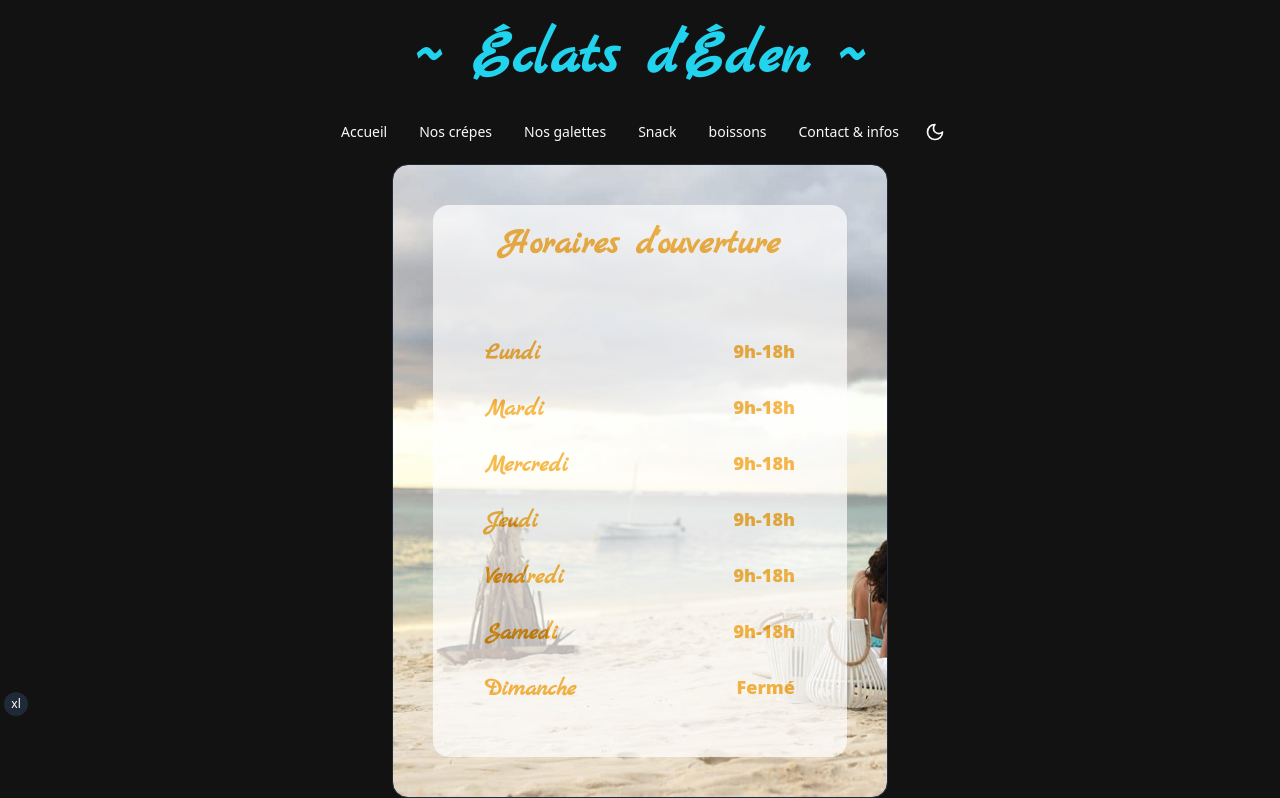
Repository: jeffMauritius/eclats-deden
Page: /schedule
The author's editor kept a copy of each file at every save. The page is drawn from the files as they stood at one save, then again after the next save.
The browser window is 1280 px wide. The pictures show the whole page.
The project was rebuilt for these pictures with package versions that can differ from the ones it lists, and the page was loaded fresh each time. The framework's server and built-in components were replaced by stand-ins that run in the browser. Also part of the build but not shown: next.config.mjs.

Above is the page before, as saved 2024-08-13 07:46:04.

### app/layout.tsx
// app/layout.
import { Header } from "@/components/layout/Header"
import { TailwindIndicator } from "@/components/TailwindIndicator"
import { SiteConfig } from "@/lib/config"
import { cn } from "@/lib/utils"
import type { Metadata } from "next"
import { Inter, Marck_Script } from "next/font/google"
import { PropsWithChildren } from "react"
import { Providers } from "./Providers"
import "./globals.css"
import { Title } from "@/components/layout/Title"

const fontSans = Inter({ subsets: ["latin"], variable: "--font-sans" })
const fontDisplay = Marck_Script({
  subsets: ["latin"],
  variable: "--font-display",
  weight: "400",
})

export const metadata: Metadata = {
  title: SiteConfig.title,
  description: SiteConfig.description,
}

export default function RootLayout({ children }: PropsWithChildren) {
  return (
    <html lang="en" className="h-full" suppressHydrationWarning>
      <head />
      <body
        className={cn(
          `flex flex-col h-screen bg-background font-sans antialiased p-5`,
          fontSans.variable,
          fontDisplay.variable,
        )}
      >
        <Providers>
          <div className="relative flex flex-col">
            <Title title="Éclats d'Éden" />
            <div>
              <Header />
            </div>
            {children}
          </div>
          <TailwindIndicator />
        </Providers>
      </body>
    </html>
  )
}

### app/schedule/page.tsx
import NavigationMenuMobileComponent from "@/components/layout/NavigationMenuMobile"

const SchedulePage = () => {
  return (
    <div>
      <NavigationMenuMobileComponent />
      <div className="flex justify-center">
        <div className="absolute m-auto  rounded-2xl border bg-[url('/plage2.jpg')] bg-cover md:w-2/5 ">
          <div className="relative imageUrl={`bg-[url('/riz.jpeg')] bg-cover`}">
            <div className="m-10 h-full rounded-2xl  bg-white opacity-70 ">
              <h1 className="p-5 text-center font-display text-4xl font-bold text-amber-500">
                Horaires d'ouverture
              </h1>

              <div>
                <div className="rounded  p-10 font-extrabold text-amber-500">
                  <div className="flex justify-between p-3  font-display text-2xl ">
                    <div>Lundi</div>
                    <div className="font-body text-lg">9h-18h</div>
                  </div>
                  <div className="flex justify-between  p-3  font-display text-2xl ">
                    <div>Mardi</div>
                    <div className="font-body text-lg">9h-18h</div>
                  </div>
                  <div className="flex justify-between  p-3  font-display text-2xl ">
                    <div>Mercredi</div>
                    <div className="font-body text-lg">9h-18h</div>
                  </div>
                  <div className="flex justify-between  p-3  font-display text-2xl ">
                    <div>Jeudi</div>
                    <div className="font-body text-lg">9h-18h</div>
                  </div>
                  <div className="flex justify-between  p-3  font-display text-2xl ">
                    <div>Vendredi</div>
                    <div className="font-body text-lg">9h-18h</div>
                  </div>
                  <div className="flex justify-between  p-3  font-display text-2xl ">
                    <div>Samedi</div>
                    <div className="font-body text-lg">9h-18h</div>
                  </div>
                  <div className="flex justify-between  p-3  font-display text-2xl ">
                    <div>Dimanche</div>
                    <div className="font-body text-lg">Fermé</div>
                  </div>
                </div>
              </div>
            </div>
          </div>
        </div>
      </div>
    </div>
  )
}

export default SchedulePage

### src/components/layout/Header.tsx
"use client"

import { ThemeToggle } from "../ThemeToggle"
import NavigationMenuComponent from "./NavigationMenu"

export function Header() {
  return (
    <header className=" z-30 w-full">
      <div className=" container flex  flex-col  items-center space-x-4 pt-3 sm:justify-between sm:space-x-0">
        <div className="flex flex-auto justify-center py-3">
          <NavigationMenuComponent />
          <ThemeToggle />
        </div>
      </div>
    </header>
  )
}

### src/lib/config.ts
export const SiteConfig = {
  title: "Camille snack",
  description: "La Cuvette Beach, Grand Baie, Île Maurice",
} as const

### app/Providers.tsx
"use client"

import { SessionProvider } from "next-auth/react"
import { ThemeProvider } from "next-themes"
import { PropsWithChildren } from "react"
import { Toaster } from "react-hot-toast"

export const Providers = ({ children }: PropsWithChildren) => {
  return (
    <>
      <ThemeProvider attribute="class" defaultTheme="dark" enableSystem>
        <Toaster />
        <SessionProvider>{children}</SessionProvider>
      </ThemeProvider>
    </>
  )
}

### app/globals.css
@tailwind base;
  @tailwind components;
  @tailwind utilities;

  @layer base {
    :root {
      --background: 0 0% 100%;
      --foreground: 222.2 84% 4.9%;

      --card: 0 0% 100%;
      --card-foreground: 222.2 84% 4.9%;

      --popover: 0 0% 100%;
      --popover-foreground: 222.2 84% 4.9%;

      --primary: 222.2 47.4% 11.2%;
      --primary-foreground: 210 40% 98%;

      --secondary: 210 40% 96.1%;
      --secondary-foreground: 222.2 47.4% 11.2%;

      --muted: 210 40% 96.1%;
      --muted-foreground: 215.4 16.3% 46.9%;

      --accent: 210 40% 96.1%;
      --accent-foreground: 222.2 47.4% 11.2%;

      --destructive: 0 84.2% 60.2%;
      --destructive-foreground: 210 40% 98%;

      --border: 214.3 31.8% 91.4%;
      --input: 214.3 31.8% 91.4%;
      --ring: 222.2 84% 4.9%;

      --radius: 0.5rem;
    }

    .dark {
      --background: rgb(10, 11, 10);
      --foreground: 210 40% 98%;

      --card: rgb(10, 11, 10);
      --card-foreground: 210 40% 98%;

      --popover: 222.2 84% 4.9%;
      --popover-foreground: 210 40% 98%;

      --primary: 210 40% 98%;
      --primary-foreground: 222.2 47.4% 11.2%;

      --secondary: 217.2 32.6% 17.5%;
      --secondary-foreground: 210 40% 98%;

      --muted: 217.2 32.6% 17.5%;
      --muted-foreground: 215 20.2% 65.1%;

      --accent: 217.2 32.6% 17.5%;
      --accent-foreground: 210 40% 98%;

      --destructive: 0 62.8% 30.6%;
      --destructive-foreground: 210 40% 98%;

      --border: 217.2 32.6% 17.5%;
      --input: 217.2 32.6% 17.5%;
      --ring: 212.7 26.8% 83.9%;
    }
  }

  @layer base {
    * {
      @apply border-border;
    }
    @font-face {
      font-family: 'Marck Script';
      font-style: normal;
      font-weight: 400;
      font-display: swap;
      src: url(/fonts/MarckScript-Regular.ttf) format('ttf');
    }
    body {
      @apply bg-background text-foreground;
    }
  }

### src/components/layout/Title.tsx
interface TitleProps {
  title: string
}

export function Title({ title }: TitleProps) {
  return (
    <div className="flex flex-auto justify-center ">
      <h1
        className={`pt-2 font-display text-4xl font-bold text-cyan-400 md:text-6xl`}
      >
        {" "}
        {`~ ${title} ~`}
      </h1>
    </div>
  )
}

### src/components/layout/NavigationMenuMobile.tsx
"use client"

import {
  NavigationMenu,
  NavigationMenuLink,
  navigationMenuTriggerStyle,
} from "@/components/ui/navigation-menu"
import { navigationDataMobile } from "./navigationData"
import { useClientMediaQuery } from "@/lib/isMobileDevice"

const NavigationMenuMobileComponent = () => {
  const isMobile = useClientMediaQuery("(max-width: 600px)")
  return (
    <NavigationMenu>
      {isMobile &&
        navigationDataMobile.map((item, index) => (
          <NavigationMenuLink
            className={navigationMenuTriggerStyle()}
            key={index}
            href={item.link}
          >
            {item.title}
          </NavigationMenuLink>
        ))}
    </NavigationMenu>
  )
}

export default NavigationMenuMobileComponent

### src/components/ThemeToggle.tsx
"use client"

import { Button } from "@/components/ui/button"
import { Moon, Sun } from "lucide-react"
import { useTheme } from "next-themes"

export function ThemeToggle() {
  const { setTheme, theme } = useTheme()

  return (
    <Button
      variant="ghost"
      size="icon"
      onClick={() => setTheme(theme === "light" ? "dark" : "light")}
    >
      <Sun className="h-6 w-[1.3rem] dark:hidden" />
      <Moon className="hidden size-5 dark:block" />
      <span className="sr-only">Toggle theme</span>
    </Button>
  )
}

### src/components/layout/NavigationMenu.tsx
"use client"

import {
  NavigationMenu,
  NavigationMenuLink,
  navigationMenuTriggerStyle,
} from "@/components/ui/navigation-menu"
import { navigationData } from "./navigationData"
import { useClientMediaQuery } from "@/lib/isMobileDevice"

const NavigationMenuComponent = () => {
  const isMobile = useClientMediaQuery("(max-width: 600px)")
  return (
    <NavigationMenu>
      {!isMobile &&
        navigationData.map((item, index) => (
          <NavigationMenuLink
            className={navigationMenuTriggerStyle()}
            key={index}
            href={item.link}
          >
            {item.title}
          </NavigationMenuLink>
        ))}
    </NavigationMenu>
  )
}

export default NavigationMenuComponent

### src/components/ui/navigation-menu.tsx
import * as React from "react"
import * as NavigationMenuPrimitive from "@radix-ui/react-navigation-menu"
import { cva } from "class-variance-authority"
import { ChevronDown } from "lucide-react"

import { cn } from "@/lib/utils"

const NavigationMenu = React.forwardRef<
  React.ElementRef<typeof NavigationMenuPrimitive.Root>,
  React.ComponentPropsWithoutRef<typeof NavigationMenuPrimitive.Root>
>(({ className, children, ...props }, ref) => (
  <NavigationMenuPrimitive.Root
    ref={ref}
    className={cn(
      "relative z-10 flex max-w-max flex-1 items-center justify-center",
      className,
    )}
    {...props}
  >
    {children}
    <NavigationMenuViewport />
  </NavigationMenuPrimitive.Root>
))
NavigationMenu.displayName = NavigationMenuPrimitive.Root.displayName

const NavigationMenuList = React.forwardRef<
  React.ElementRef<typeof NavigationMenuPrimitive.List>,
  React.ComponentPropsWithoutRef<typeof NavigationMenuPrimitive.List>
>(({ className, ...props }, ref) => (
  <NavigationMenuPrimitive.List
    ref={ref}
    className={cn(
      "group flex flex-1 list-none items-center justify-center space-x-1",
      className,
    )}
    {...props}
  />
))
NavigationMenuList.displayName = NavigationMenuPrimitive.List.displayName

const NavigationMenuItem = NavigationMenuPrimitive.Item

const navigationMenuTriggerStyle = cva(
  "group inline-flex h-10 w-max items-center justify-center rounded-md bg-background px-4 py-2 text-sm font-medium transition-colors hover:bg-accent hover:text-accent-foreground focus:bg-accent focus:text-accent-foreground focus:outline-none disabled:pointer-events-none disabled:opacity-50 data-[active]:bg-accent/50 data-[state=open]:bg-accent/50",
)

const NavigationMenuTrigger = React.forwardRef<
  React.ElementRef<typeof NavigationMenuPrimitive.Trigger>,
  React.ComponentPropsWithoutRef<typeof NavigationMenuPrimitive.Trigger>
>(({ className, children, ...props }, ref) => (
  <NavigationMenuPrimitive.Trigger
    ref={ref}
    className={cn(navigationMenuTriggerStyle(), "group", className)}
    {...props}
  >
    {children}{" "}
    <ChevronDown
      className="relative top-px ml-1 size-3 transition duration-200 group-data-[state=open]:rotate-180"
      aria-hidden="true"
    />
  </NavigationMenuPrimitive.Trigger>
))
NavigationMenuTrigger.displayName = NavigationMenuPrimitive.Trigger.displayName

const NavigationMenuContent = React.forwardRef<
  React.ElementRef<typeof NavigationMenuPrimitive.Content>,
  React.ComponentPropsWithoutRef<typeof NavigationMenuPrimitive.Content>
>(({ className, ...props }, ref) => (
  <NavigationMenuPrimitive.Content
    ref={ref}
    className={cn(
      "left-0 top-0 w-full data-[motion^=from-]:animate-in data-[motion^=to-]:animate-out data-[motion^=from-]:fade-in data-[motion^=to-]:fade-out data-[motion=from-end]:slide-in-from-right-52 data-[motion=from-start]:slide-in-from-left-52 data-[motion=to-end]:slide-out-to-right-52 data-[motion=to-start]:slide-out-to-left-52 md:absolute md:w-auto ",
      className,
    )}
    {...props}
  />
))
NavigationMenuContent.displayName = NavigationMenuPrimitive.Content.displayName

const NavigationMenuLink = NavigationMenuPrimitive.Link

const NavigationMenuViewport = React.forwardRef<
  React.ElementRef<typeof NavigationMenuPrimitive.Viewport>,
  React.ComponentPropsWithoutRef<typeof NavigationMenuPrimitive.Viewport>
>(({ className, ...props }, ref) => (
  <div className={cn("absolute left-0 top-full flex justify-center")}>
    <NavigationMenuPrimitive.Viewport
      className={cn(
        "origin-top-center relative mt-1.5 h-[var(--radix-navigation-menu-viewport-height)] w-full overflow-hidden rounded-md border bg-popover text-popover-foreground shadow-lg data-[state=open]:animate-in data-[state=closed]:animate-out data-[state=closed]:zoom-out-95 data-[state=open]:zoom-in-90 md:w-[var(--radix-navigation-menu-viewport-width)]",
        className,
      )}
      ref={ref}
      {...props}
    />
  </div>
))
NavigationMenuViewport.displayName =
  NavigationMenuPrimitive.Viewport.displayName

const NavigationMenuIndicator = React.forwardRef<
  React.ElementRef<typeof NavigationMenuPrimitive.Indicator>,
  React.ComponentPropsWithoutRef<typeof NavigationMenuPrimitive.Indicator>
>(({ className, ...props }, ref) => (
  <NavigationMenuPrimitive.Indicator
    ref={ref}
    className={cn(
      "top-full z-[1] flex h-1.5 items-end justify-center overflow-hidden data-[state=visible]:animate-in data-[state=hidden]:animate-out data-[state=hidden]:fade-out data-[state=visible]:fade-in",
      className,
    )}
    {...props}
  >
    <div className="relative top-[60%] size-2 rotate-45 rounded-tl-sm bg-border shadow-md" />
  </NavigationMenuPrimitive.Indicator>
))
NavigationMenuIndicator.displayName =
  NavigationMenuPrimitive.Indicator.displayName

export {
  navigationMenuTriggerStyle,
  NavigationMenu,
  NavigationMenuList,
  NavigationMenuItem,
  NavigationMenuContent,
  NavigationMenuTrigger,
  NavigationMenuLink,
  NavigationMenuIndicator,
  NavigationMenuViewport,
}

### src/components/layout/navigationData.ts
export const navigationData = [
    {
        title: "Accueil",
        link: "/",
    },
    {
        title: "Nos crépes",
        link: "/crepes",
    },
    {
        title: "Nos galettes",
        link: "/galettes",
    },
    {
        title: "Snack",
        link: "/snack",
    },
    {
        title: "boissons",
        link: "/boissons",
    },
    {
        title: "Contact & infos",
        link: "/location",
    },

]

export const navigationDataMobile = [
    {
        title: "Accueil",
        link: "/",
    },
    {
        title: "Horaires d'ouverture",
        link: "/schedule",
    },
    {
        title: "Contact & infos",
        link: "/location",
    },

]

### src/lib/isMobileDevice.ts
'use client'

import { useEffect, useState } from 'react'

export function useClientMediaQuery(query: string) {
  const [matches, setMatches] = useState(false)

  useEffect(() => {
    const mediaQueryList = window.matchMedia(query)

    const handleMatchChange = (e: MediaQueryListEvent) => {
      setMatches(e.matches)
    }

    mediaQueryList.addEventListener('change', handleMatchChange)
    setMatches(mediaQueryList.matches)

    return () => {
      mediaQueryList.removeEventListener('change', handleMatchChange)
    }
  }, [query])

  return matches
}

### src/components/ui/button.tsx
import * as React from "react"
import { Slot } from "@radix-ui/react-slot"
import { cva, type VariantProps } from "class-variance-authority"

import { cn } from "@/lib/utils"

const buttonVariants = cva(
  "inline-flex items-center justify-center whitespace-nowrap rounded-md text-sm font-medium ring-offset-background transition-colors focus-visible:outline-none focus-visible:ring-2 focus-visible:ring-ring focus-visible:ring-offset-2 disabled:pointer-events-none disabled:opacity-50",
  {
    variants: {
      variant: {
        default: "bg-primary text-primary-foreground hover:bg-primary/90",
        destructive:
          "bg-destructive text-destructive-foreground hover:bg-destructive/90",
        outline:
          "border border-input bg-background hover:bg-accent hover:text-accent-foreground",
        secondary:
          "bg-secondary text-secondary-foreground hover:bg-secondary/80",
        ghost: "hover:bg-accent hover:text-accent-foreground",
        link: "text-primary underline-offset-4 hover:underline",
      },
      size: {
        default: "h-10 px-4 py-2",
        sm: "h-9 rounded-md px-3",
        lg: "h-11 rounded-md px-8",
        icon: "size-10",
      },
    },
    defaultVariants: {
      variant: "default",
      size: "default",
    },
  },
)

export interface ButtonProps
  extends React.ButtonHTMLAttributes<HTMLButtonElement>,
    VariantProps<typeof buttonVariants> {
  asChild?: boolean
}

const Button = React.forwardRef<HTMLButtonElement, ButtonProps>(
  ({ className, variant, size, asChild = false, ...props }, ref) => {
    const Comp = asChild ? Slot : "button"
    return (
      <Comp
        className={cn(buttonVariants({ variant, size, className }))}
        ref={ref}
        {...props}
      />
    )
  },
)
Button.displayName = "Button"

export { Button, buttonVariants }

### tailwind.config.ts
import type { Config } from "tailwindcss"

const config = {
  darkMode: ["class"],
  content: [
    "./pages/**/*.{ts,tsx}",
    "./components/**/*.{ts,tsx}",
    "./app/**/*.{ts,tsx}",
    "./src/**/*.{ts,tsx}",
  ],
  prefix: "",
  theme: {
    container: {
      center: true,
      padding: "2rem",
      screens: {
        "2xl": "1400px",
      },
    },
    fontFamily: {
      'display': ['"Marck Script"', 'cursive'],
      'body': ['"Open Sans"', 'sans-serif'],
    },
    extend: {
      colors: {
        border: "hsl(var(--border))",
        input: "hsl(var(--input))",
        ring: "hsl(var(--ring))",
        background: "hsl(var(--background))",
        foreground: "hsl(var(--foreground))",
        primary: {
          DEFAULT: "hsl(var(--primary))",
          foreground: "hsl(var(--primary-foreground))",
        },
        secondary: {
          DEFAULT: "hsl(var(--secondary))",
          foreground: "hsl(var(--secondary-foreground))",
        },
        destructive: {
          DEFAULT: "hsl(var(--destructive))",
          foreground: "hsl(var(--destructive-foreground))",
        },
        muted: {
          DEFAULT: "hsl(var(--muted))",
          foreground: "hsl(var(--muted-foreground))",
        },
        accent: {
          DEFAULT: "hsl(var(--accent))",
          foreground: "hsl(var(--accent-foreground))",
        },
        popover: {
          DEFAULT: "hsl(var(--popover))",
          foreground: "hsl(var(--popover-foreground))",
        },
        card: {
          DEFAULT: "hsl(var(--card))",
          foreground: "hsl(var(--card-foreground))",
        },
      },
      borderRadius: {
        lg: "var(--radius)",
        md: "calc(var(--radius) - 2px)",
        sm: "calc(var(--radius) - 4px)",
      },
      keyframes: {
        "accordion-down": {
          from: { height: "0" },
          to: { height: "var(--radix-accordion-content-height)" },
        },
        "accordion-up": {
          from: { height: "var(--radix-accordion-content-height)" },
          to: { height: "0" },
        },
      },
      animation: {
        "accordion-down": "accordion-down 0.2s ease-out",
        "accordion-up": "accordion-up 0.2s ease-out",
      },
    },
  },
  plugins: [require("tailwindcss-animate")],
} satisfies Config

export default config

Loaded but not shown: src/components/TailwindIndicator.tsx (common file); src/lib/utils.ts (common file)

After the next save:
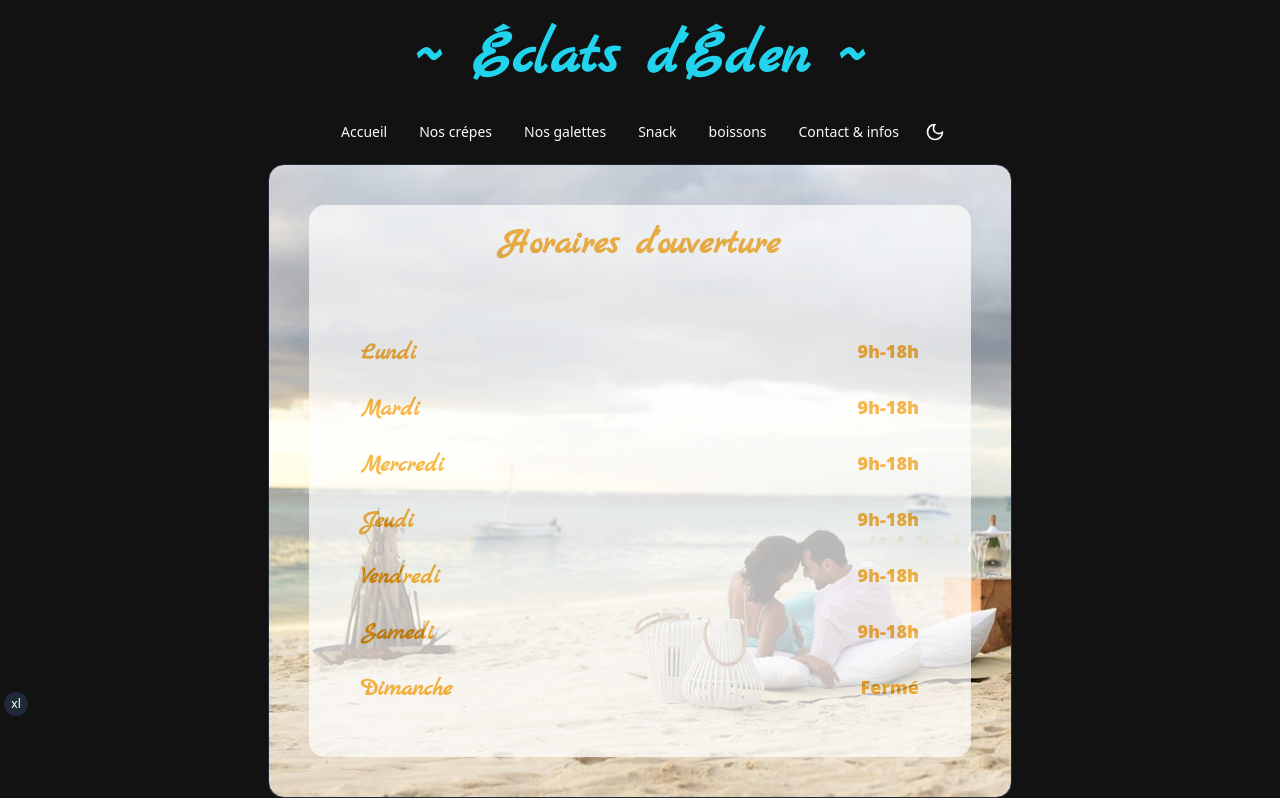
Saved 36 s later.
--- a/app/schedule/page.tsx
+++ b/app/schedule/page.tsx
@@ -5,7 +5,7 @@ const SchedulePage = () => {
     <div>
       <NavigationMenuMobileComponent />
       <div className="flex justify-center">
-        <div className="absolute m-auto  rounded-2xl border bg-[url('/plage2.jpg')] bg-cover md:w-2/5 ">
+        <div className="absolute m-auto  rounded-2xl border bg-[url('/plage2.jpg')] bg-cover md:w-3/5 ">
           <div className="relative imageUrl={`bg-[url('/riz.jpeg')] bg-cover`}">
             <div className="m-10 h-full rounded-2xl  bg-white opacity-70 ">
               <h1 className="p-5 text-center font-display text-4xl font-bold text-amber-500">
